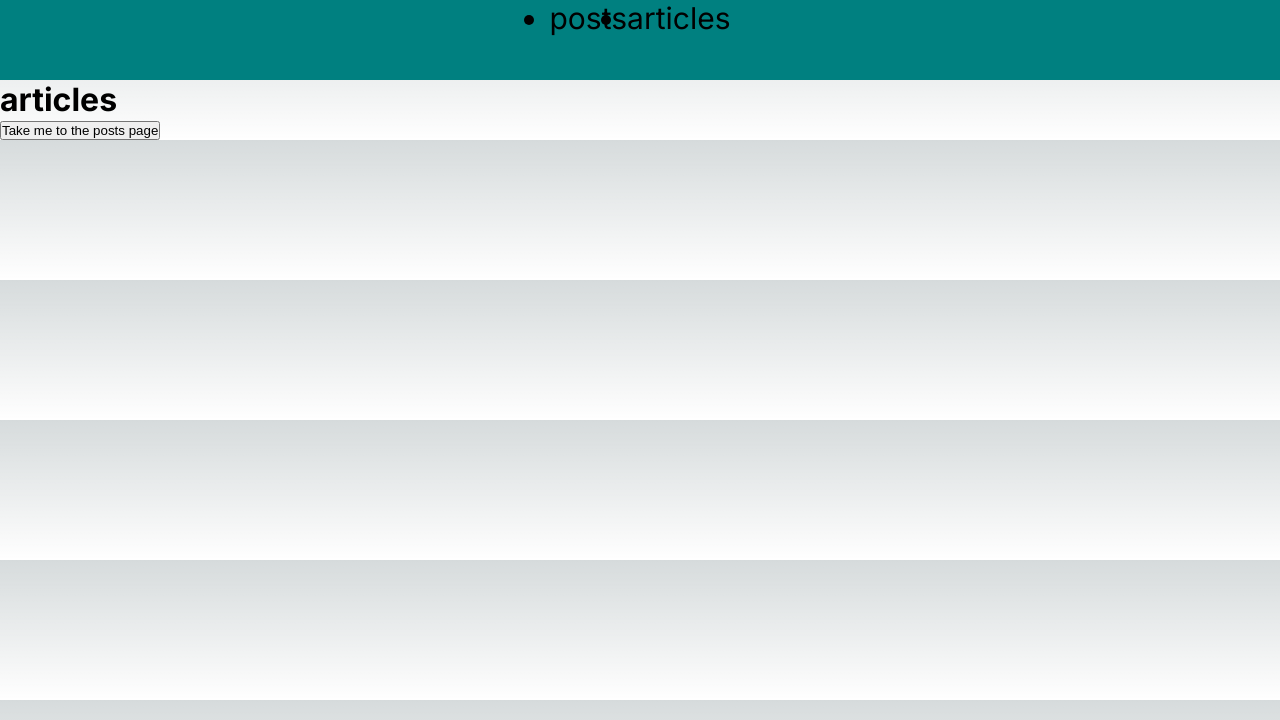
Repository: abdulrahmanmahmood/The-first-Next-js-app
Page: /articles
The author's editor kept a copy of each file at every save. The page is drawn from the files as they stood at one save, then again after the next save.
The browser window is 1280 px wide. The pictures show the whole page.
The project was rebuilt for these pictures with package versions that can differ from the ones it lists, and the page was loaded fresh each time. The framework's server and built-in components were replaced by stand-ins that run in the browser. Also part of the build but not shown: next.config.js.

Above is the page before, as saved 2023-10-29 23:24:20.

After the next save:
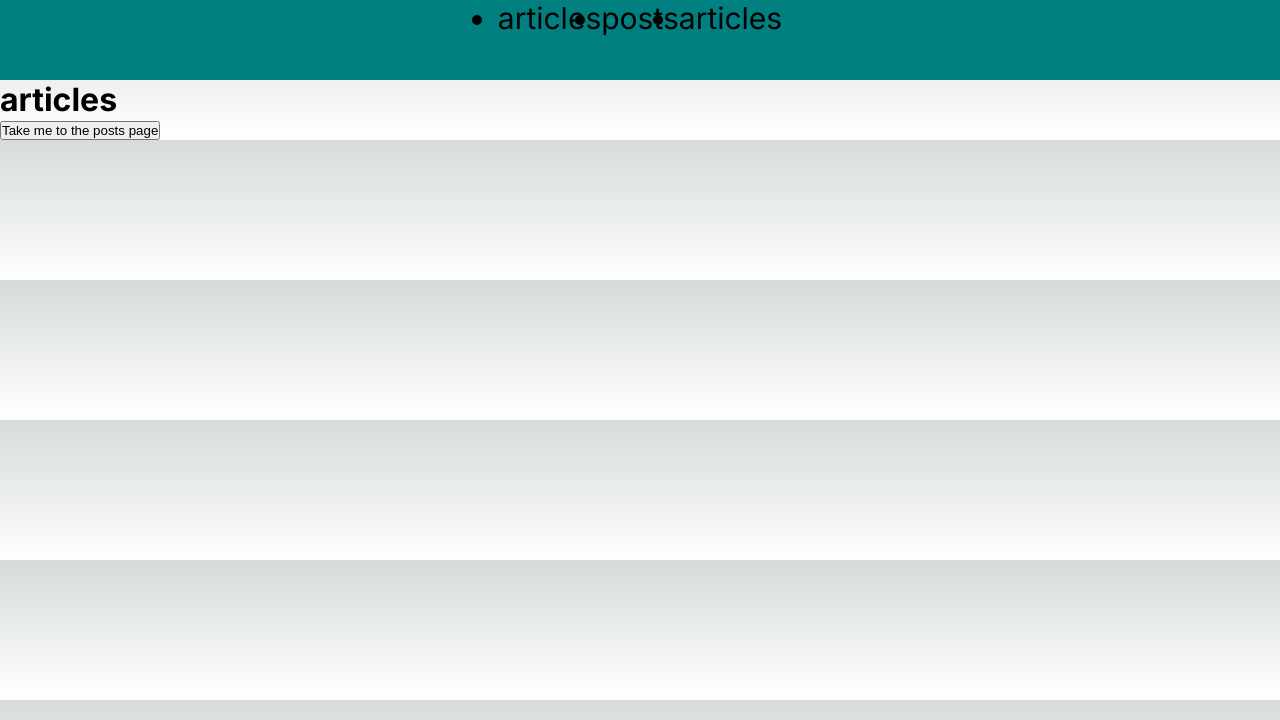
Saved 23 s later.
--- a/app/layout.js
+++ b/app/layout.js
@@ -35,6 +35,9 @@ export default function RootLayout({ children }) {
             justifyContent:"space-around",
             // alignItems:"center"
           }}>
+                        <li>
+              <Link href="/articles">articles</Link>
+            </li>
             <li>
               <Link href="/posts">posts</Link>
             </li>
